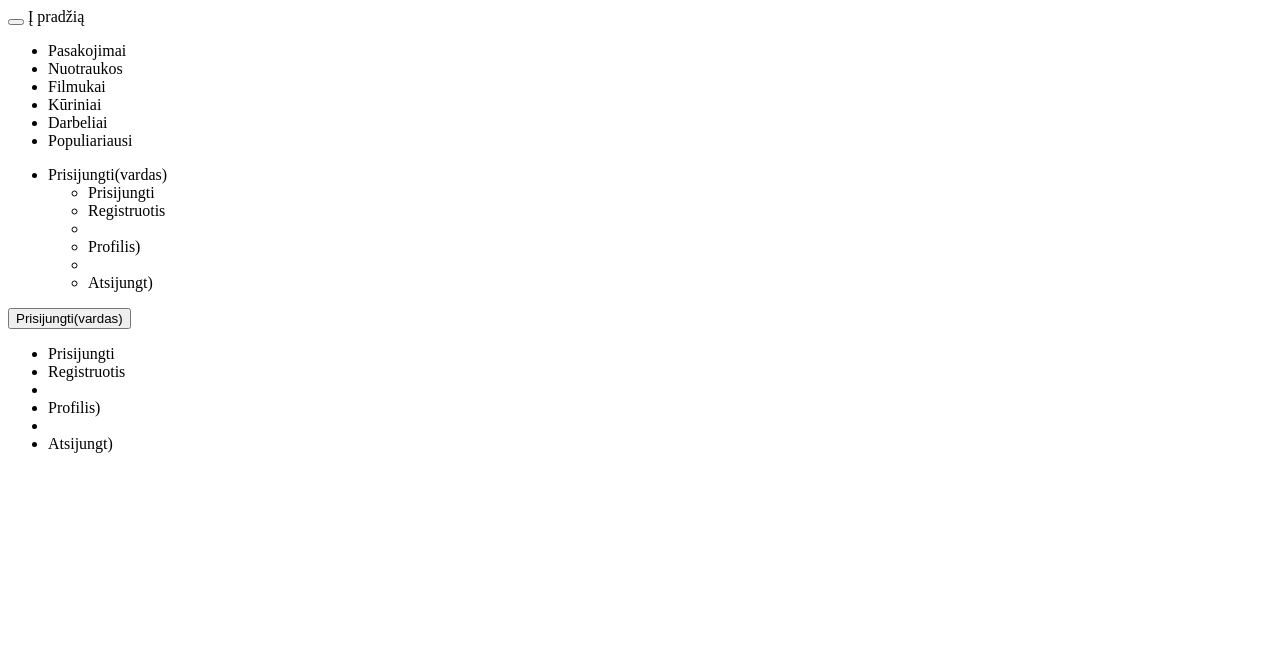
Repository: Skaidrius/Blogas
Page: templates/partials/header.html
The author's editor kept a record of every edit. The page is drawn from the files as they stood at one moment, then again after the next edit.
The browser window is 1280 px wide. The pictures show the whole page.

Above is the page before.

After the next edit:
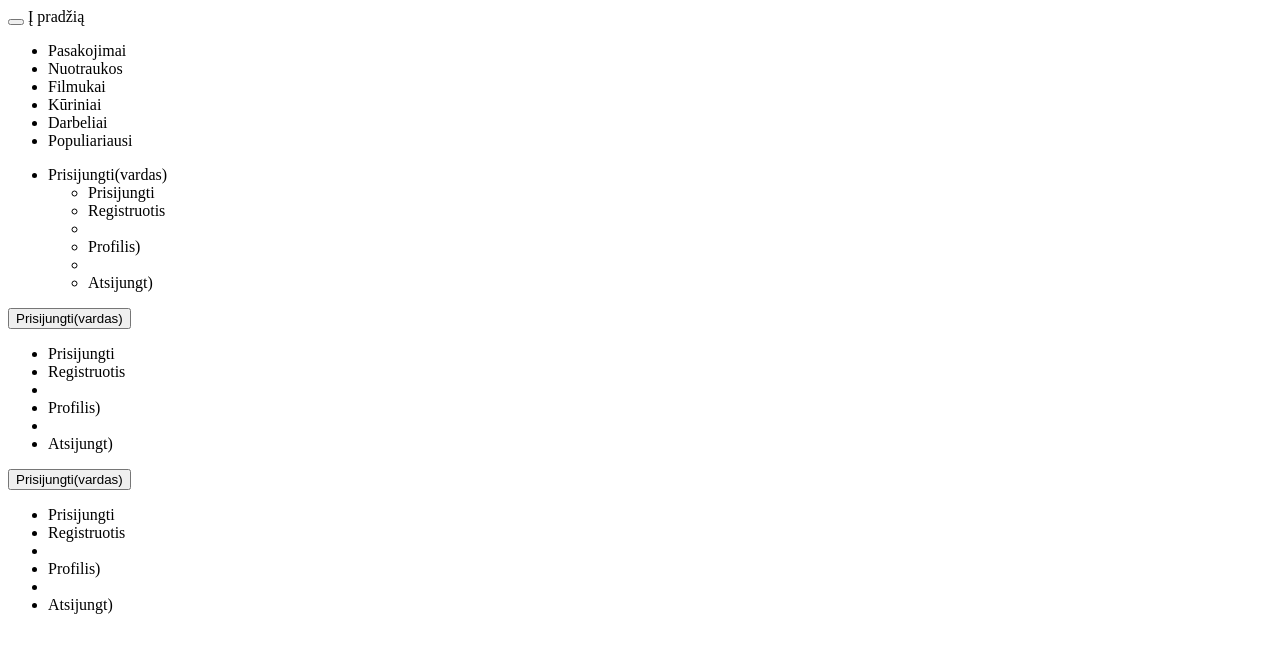
The edit:
--- a/templates/partials/header.html
+++ b/templates/partials/header.html
@@ -51,6 +51,20 @@
         </ul>
       </div>
 
+            <div class="btn-group navbar-right navbar-collapse" dropdown is-open="status.isopen"  >
+        <button type="button" class="navbar dropdown-toggle downabit" dropdown-toggle ng-disabled="disabled">
+          <span class="fa fa-key"></span> Prisijungti(vardas) <span class="caret"></span>
+        </button>
+        <ul class="dropdown-menu" role="menu">
+          <li><a class="text-center" ng-click="open('templates/login.html')"><span class="fa fa-key"></span> Prisijungti</a></li>
+          <li><a class="text-center" ng-click="open('templates/signup.html')"><span class="fa fa-users"></span> Registruotis</a></li>
+          <li class="divider"></li>
+          <li><a class="text-center" ng-click="open('templates/profile.html')"><span class="fa fa-user"></span> Profilis)</a></li>
+          <li class="divider"></li>
+          <li><a class="text-center" ng-click=""><span class="fa fa-key"></span> Atsijungt)</a></li>
+        </ul>
+      </div>
+
 
     </div>
   </div>

After the edit that followed:
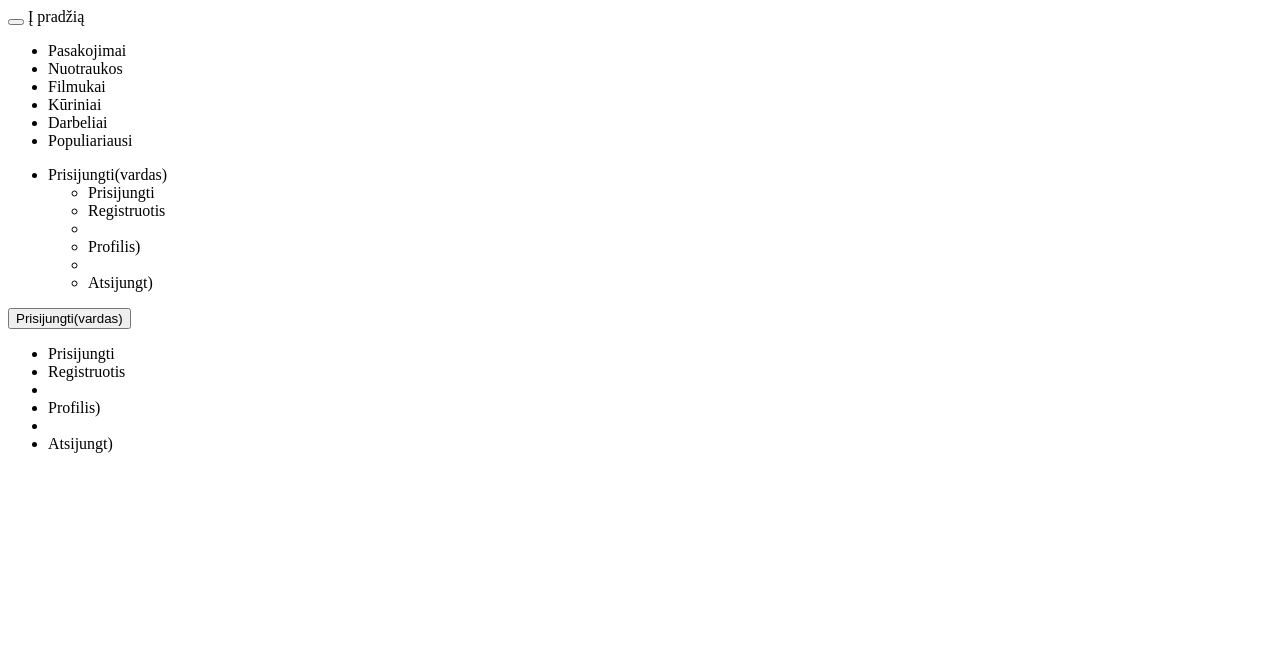
The edit:
--- a/templates/partials/header.html
+++ b/templates/partials/header.html
@@ -37,19 +37,19 @@
       </ul>
 
 
-      <div class="btn-group navbar-right navbar-collapse" dropdown is-open="status.isopen"  >
-        <button type="button" class="navbar dropdown-toggle downabit" dropdown-toggle ng-disabled="disabled">
-          <span class="fa fa-key"></span> Prisijungti(vardas) <span class="caret"></span>
-        </button>
-        <ul class="dropdown-menu" role="menu">
-          <li><a class="text-center" ng-click="open('templates/login.html')"><span class="fa fa-key"></span> Prisijungti</a></li>
-          <li><a class="text-center" ng-click="open('templates/signup.html')"><span class="fa fa-users"></span> Registruotis</a></li>
-          <li class="divider"></li>
-          <li><a class="text-center" ng-click="open('templates/profile.html')"><span class="fa fa-user"></span> Profilis)</a></li>
-          <li class="divider"></li>
-          <li><a class="text-center" ng-click=""><span class="fa fa-key"></span> Atsijungt)</a></li>
-        </ul>
-      </div>
+      <!--<div class="btn-group navbar-right navbar-collapse" dropdown is-open="status.isopen"  >-->
+      <!--  <button type="button" class="navbar dropdown-toggle downabit" dropdown-toggle ng-disabled="disabled">-->
+      <!--    <span class="fa fa-key"></span> Prisijungti(vardas) <span class="caret"></span>-->
+      <!--  </button>-->
+      <!--  <ul class="dropdown-menu" role="menu">-->
+      <!--    <li><a class="text-center" ng-click="open('templates/login.html')"><span class="fa fa-key"></span> Prisijungti</a></li>-->
+      <!--    <li><a class="text-center" ng-click="open('templates/signup.html')"><span class="fa fa-users"></span> Registruotis</a></li>-->
+      <!--    <li class="divider"></li>-->
+      <!--    <li><a class="text-center" ng-click="open('templates/profile.html')"><span class="fa fa-user"></span> Profilis)</a></li>-->
+      <!--    <li class="divider"></li>-->
+      <!--    <li><a class="text-center" ng-click=""><span class="fa fa-key"></span> Atsijungt)</a></li>-->
+      <!--  </ul>-->
+      <!--</div>-->
 
             <div class="btn-group navbar-right navbar-collapse" dropdown is-open="status.isopen"  >
         <button type="button" class="navbar dropdown-toggle downabit" dropdown-toggle ng-disabled="disabled">
